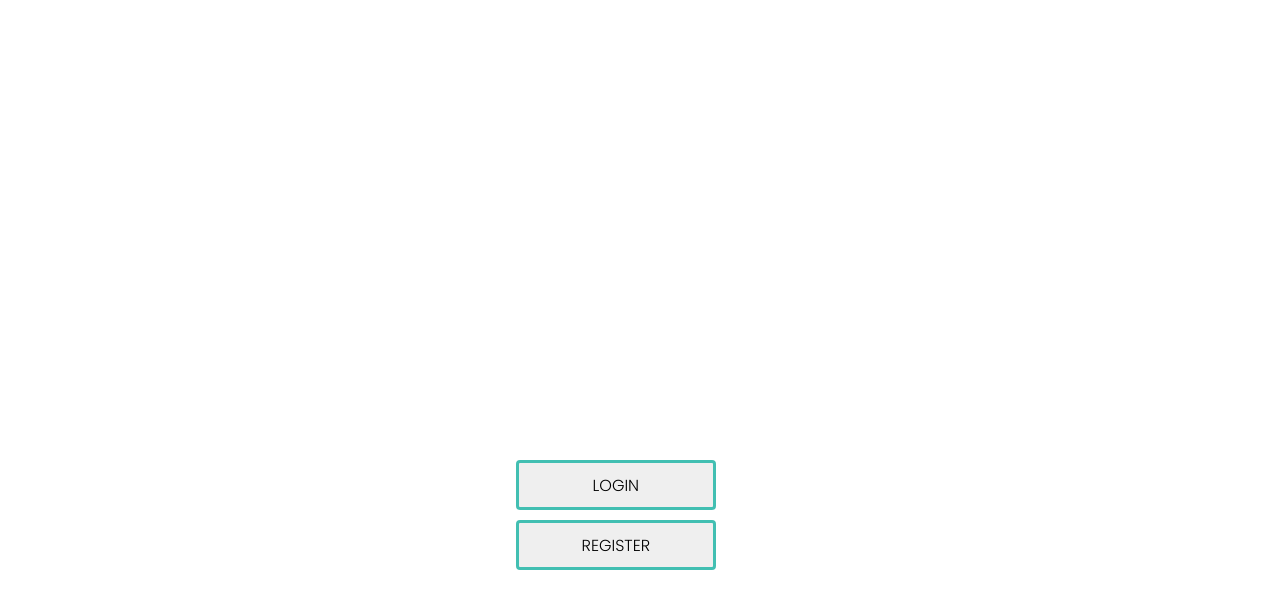
Repository: vu9ar/vu9ar.github.io
Page: WelcomePage/welcome.html
An editor plug-in stored every save of this project. The page is shown before and after the next save, followed by the edit.
The browser window is 1280 px wide. The pictures show the whole page.

Above is the page before, as saved 2022-03-27 19:28:49.

After the next save:
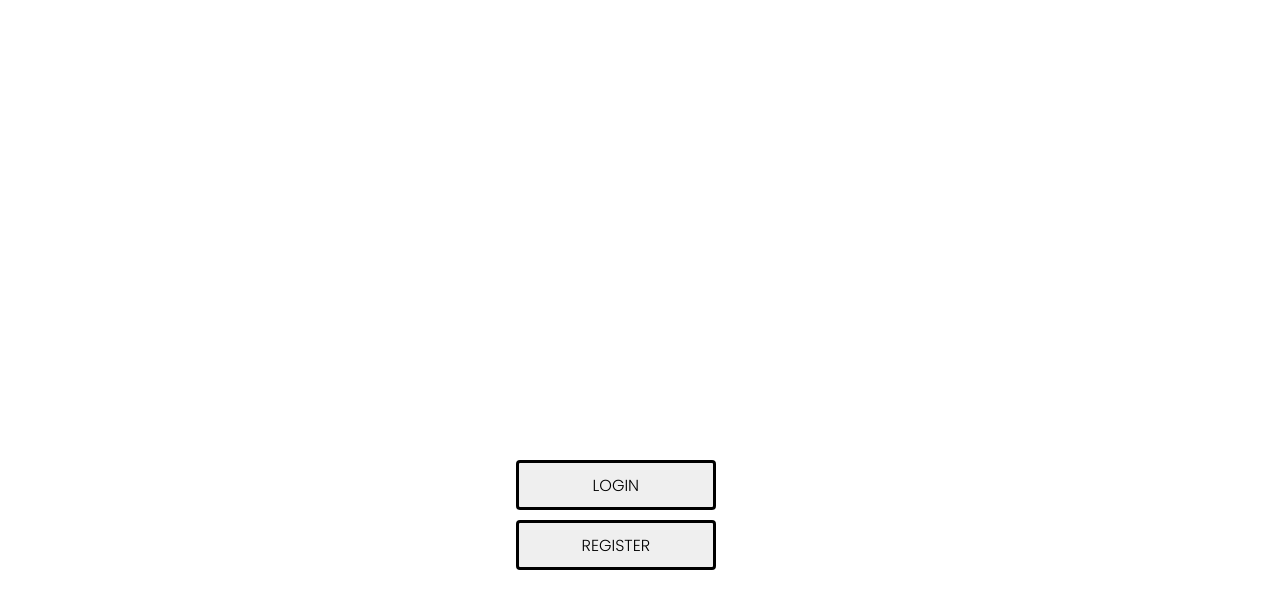
Saved 16 s later.
--- a/WelcomePage/style.css
+++ b/WelcomePage/style.css
@@ -60,7 +60,7 @@
     transition: ease-out 0.3s;
     font-size: 1rem;
     outline: none;
-    border: 3px solid #42BFB2;
+    border: 3px solid black;
     position: relative;
     z-index: 1;
 }
